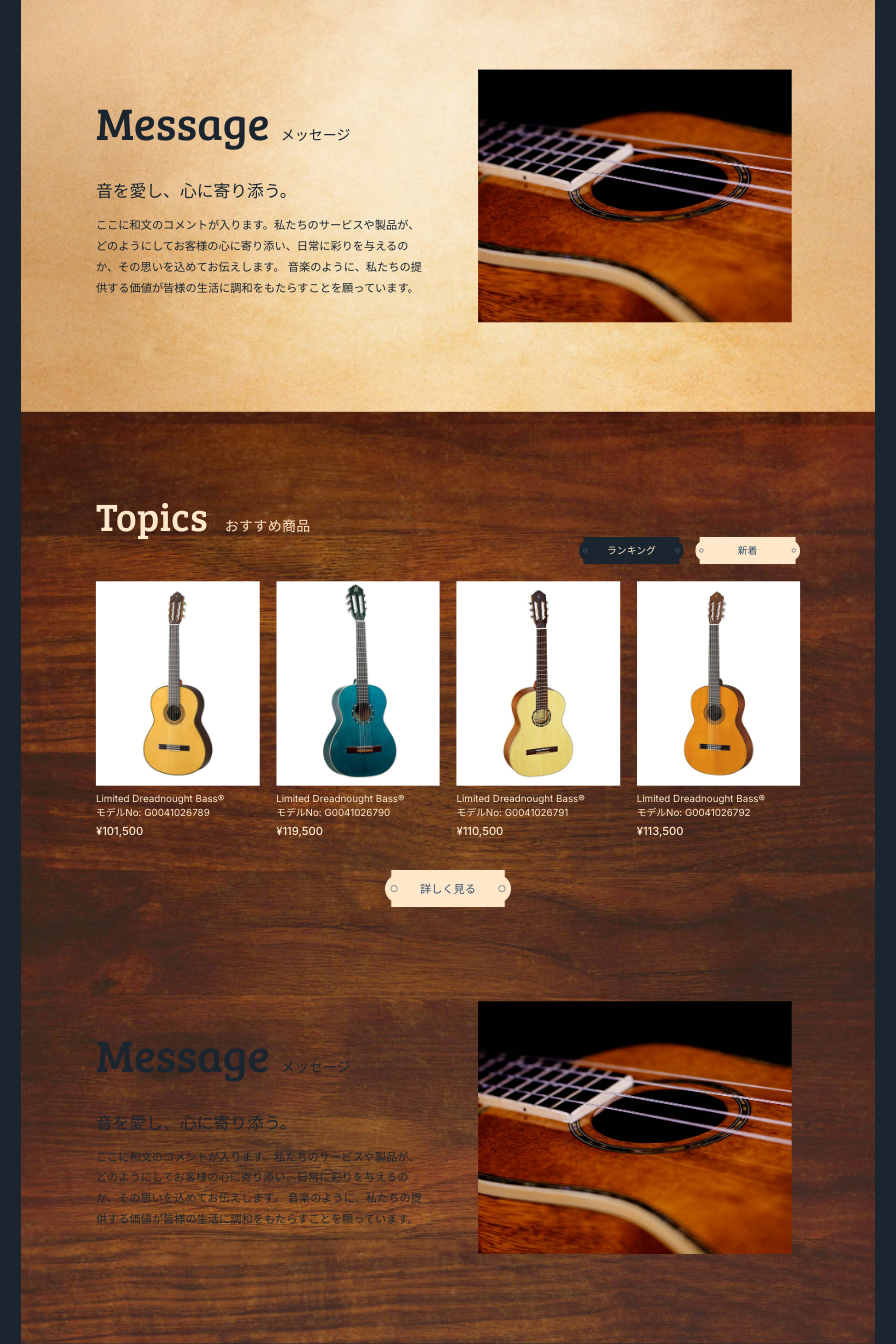
Repository: hyms035k/-----
Page: index.html
These files come from the project's save history. The page is drawn as it stood at one moment and after the next save; the edit follows.
The browser window is 1280 px wide. The pictures show the part of the page from y = 748 to 2668 px (the page is 2668 px tall before and 2628 px after), at 70% of full size.
Some web fonts or font styles are not loaded; a fallback is used. Some web libraries are served in a nearby version. The style sheet was rebuilt from its Sass, Less or Tailwind sources for each picture, by a compiler version that may differ from the author's.

Above is the page before, as saved 2025-06-05 11:45:33.

### index.html
<!DOCTYPE html>
<html lang="ja">
<head>
    <meta charset="UTF-8">
    <meta name="viewport" content="width=device-width, initial-scale=1.0">
    <title>カワセ楽器（デモ）</title>

    <!-- Tailwind CSS CDN (開発版 - JITコンパイラ含む) -->
    <script src="https://cdn.tailwindcss.com"></script>
    <script>
        // Tailwind CSS の設定 (任意)
        // ここでテーマのカスタマイズなどが可能ですが、まずはデフォルトで進めます。
        // 例: tailwind.config = { theme: { extend: { colors: { 'custom-blue': '#243c5a' } } } }
    </script>
    <style type="text/tailwindcss">
        @layer components {
            .block-box {
                @apply py-10 md:py-20 xl:py-32;
            }
        }
        @layer utilities {
            @screen md {
                .leading-relaxed {
                    line-height: 1.84;
                }
            }
        }
        @screen md {
            .container {
                @apply max-w-[650px]; /* 768px以上でコンテナのmax-widthは650px */
            }
        }
        @screen lg {
            .container {
                @apply max-w-[870px]; /* 992px以上でコンテナのmax-widthは870px */
            }
        }
        @screen xl {
            .container {
                @apply max-w-[1070px]; /* 1200px以上でコンテナのmax-widthは1070px */
            }
        }
        @screen 2xl {
            .container {
                @apply max-w-[1170px]; /* 1367px以上でコンテナのmax-widthは1170px */
            }
        }
    </style>
    <script>
        // InterフォントをTailwind CSSのデフォルトフォントとして設定
        tailwind.config = {
            theme: {
                // カスタムブレークポイントの定義
                screens: {
                    'sm': '640px',   // Tailwind CSSのデフォルト 'sm'
                    'md': '768px',   // ユーザー指定のBP
                    'lg': '992px',   // ユーザー指定のBP
                    'xl': '1200px',  // ユーザー指定のBP
                    '2xl': '1367px', // ユーザー指定のBP
                },
                // .container クラスのカスタマイズ
                container: {
                    center: true, // コンテナを中央揃えにする
                    padding: {
                        DEFAULT: '1.75rem',
                        md: '1.5rem',
                        lg: '2rem',
                    },
                    screens: {
                        sm: '640px',
                        md: '650px',
                        lg: '870px',
                        xl: '1070px',
                        '2xl': '1170px',
                    },
                },
                extend: {
                    fontFamily: {
                        // デフォルトのサンセリフフォントを Kiwi Maru に設定
                        sans: ['Kiwi Maru', 'Inter', 'sans-serif'],
                        // 見出し等で使用するセリフフォントとして Bree Serif を設定
                        serif: ['Bree Serif', 'serif'],
                    },
                }
            }
        }
    </script>

    <!-- GoogleFonts -->
    <link rel="preconnect" href="https://fonts.googleapis.com">
    <link rel="preconnect" href="https://fonts.gstatic.com" crossorigin>
    <link href="https://fonts.googleapis.com/css2?family=Kiwi+Maru:wght@400;500;600&display=swap" rel="stylesheet">
    <link href="https://fonts.googleapis.com/css2?family=Bree+Serif&display=swap" rel="stylesheet">

    <!-- Interフォントの読み込み (Tailwind CSSのデフォルトフォントファミリーと相性が良い) -->
    <link href="https://fonts.googleapis.com/css2?family=Inter:wght@400;500;600;700&display=swap" rel="stylesheet">

    <link href="./css/style.min.css" rel="stylesheet">
</head>
<body class="font-sans antialiased text-[#1a2530] bg-[#1a2530]">

    <!-- ヒーローセクション -->
    <section id="hero-section" class="h-screen flex flex-col items-center justify-center bg-cover bg-center text-white" aria-labelledby="hero-heading">
        <div class="container h-full flex flex-col items-center justify-center">
            <!-- ロゴのプレースホルダー -->
            <h1 class="hero-logo w-[80%] md:w-[46.1538461%] mx-auto"><img src="./img/top__hero_logo-min.png" alt=""></h1>
            <h2 id="hero-heading" class="text-2xl xl:text-[33px] text-center text-[#ffe1be] leading-[1.4] mt-6">
                あらゆる場面に対処できる<br>長年の経験と技術
            </h2>
        </div>
    </section>

    <main class="px-2 md:px-[30px]">
        <section id="block-1st" class="bg-cover bg-center">
            <div class="container block-box">
                <div class="lg:grid lg:grid-cols-2 lg:gap-[60px] items-center">
                    <div class="flex flex-col">
                        <div class="md:flex md:items-baseline md:gap-x-4 text-center md:text-left">
                            <p class="font-serif text-4xl lg:text-[65px] leading-tight">Message</p>
                            <h2 class="font-sans lg:text-[20px] mt-1">メッセージ</h2>
                        </div>
                        <div class="lg:hidden my-5">
                            <img src="./img/top__block1st_image.jpg" alt="メッセージのイメージ (スマホ)" class="w-full h-auto object-cover">
                        </div>
                        <div class="lg:mt-10">
                            <h3 class="font-sans text-[1.3rem] lg:text-[24px] font-medium">音を愛し、心に寄り添う。</h3>
                            <p class="font-sans text-base mt-4 leading-relaxed">
                                ここに和文のコメントが入ります。私たちのサービスや製品が、どのようにしてお客様の心に寄り添い、日常に彩りを与えるのか、その思いを込めてお伝えします。
                                音楽のように、私たちの提供する価値が皆様の生活に調和をもたらすことを願っています。
                            </p>
                        </div>
                    </div>
                    <div class="hidden lg:flex items-center justify-center">
                        <img src="./img/top__block1st_image.jpg" alt="メッセージのイメージ (PC)" class="w-full max-w-md h-auto object-cover">
                    </div>
                </div>
            </div>
        </section>
        <section id="block-2nd" class="bg-cover bg-top">
            <div class="container block-box pt-0">
                <div id="topics" class="block-box pb-0 text-[#ffe8c9]">
                    <div class="max-w-6xl mx-auto">
                        <!-- セクションタイトル -->
                        <div class="tracking-wide md:flex md:items-baseline md:gap-x-4 text-center md:text-left">
                            <p class="text-4xl lg:text-[56px] font-serif">Topics</p>
                            <h2 class="lg:text-[20px] ml-2 mt-1 md:mt-0 font-sans">おすすめ商品</h2>
                        </div>

                        <!-- タブ切り替え -->
                        <div class="quick-tab flex justify-end gap-2 lg:gap-4 text-sm">
                            <div class="btn text-sans text-center active"><span><span>ランキング</span></span></div>
                            <div class="btn text-sans text-center"><span><span>新着</span></span></div>
                        </div>

                        <!-- 商品カードリスト -->
                        <div class="grid grid-cols-2 md:grid-cols-4 gap-6 mt-6 mb-11">
                            <!-- 商品カード（繰り返し） -->
                            <div class="text-left">
                                <img src="./img/top__block2nd_topics_guiter_1.jpg" alt="Limited Dreadnought Bass" class="mx-auto mb-2">
                                <p class="text-xs sm:text-sm">
                                    Limited Dreadnought Bass®<br>
                                    モデルNo: G0041026789
                                </p>
                                <p class="mt-1 font-medium">¥101,500</p>
                            </div>
                            <!-- 以下、繰り返し -->
                            <div class="text-left">
                                <img src="./img/top__block2nd_topics_guiter_2.jpg" alt="Limited Dreadnought Bass" class="mx-auto mb-2">
                                <p class="text-xs sm:text-sm">
                                    Limited Dreadnought Bass®<br>
                                    モデルNo: G0041026790
                                </p>
                                <p class="mt-1 font-medium">¥119,500</p>
                            </div>
                            <div class="text-left">
                                <img src="./img/top__block2nd_topics_guiter_3.jpg" alt="Limited Dreadnought Bass" class="mx-auto mb-2">
                                <p class="text-xs sm:text-sm">
                                    Limited Dreadnought Bass®<br>
                                    モデルNo: G0041026791
                                </p>
                                <p class="mt-1 font-medium">¥110,500</p>
                            </div>
                            <div class="text-left">
                                <img src="./img/top__block2nd_topics_guiter_4.jpg" alt="Limited Dreadnought Bass" class="mx-auto mb-2">
                                <p class="text-xs sm:text-sm">
                                    Limited Dreadnought Bass®<br>
                                    モデルNo: G0041026792
                                </p>
                                <p class="mt-1 font-medium">¥113,500</p>
                            </div>
                        </div>
                        <!-- 詳しく見るボタン -->
                        <div class="text-center">
                            <a href="#" class="inline-block btn text-sans text-center"><span><span>詳しく見る</span></span></a>
                        </div>
                    </div>
                </div>

                <div class="lg:grid lg:grid-cols-2 lg:gap-[60px] items-center pt-10 md:pt-20 xl:pt-[8rem]">
                    <div class="flex flex-col">
                        <div class="md:flex md:items-baseline md:gap-x-4">
                            <h2 class="font-serif text-4xl lg:text-[65px] leading-tight">Message</h2>
                            <p class="font-sans lg:text-[20px] mt-1">メッセージ</p>
                        </div>
                        <div class="lg:hidden my-5">
                            <img src="./img/top__block1st_image.jpg" alt="メッセージのイメージ (スマホ)" class="w-full h-auto object-cover">
                        </div>
                        <div class="lg:mt-10">
                            <h3 class="font-sans text-[1.3rem] lg:text-[24px] font-medium">音を愛し、心に寄り添う。</h3>
                            <p class="font-sans text-base mt-4 leading-relaxed">
                                ここに和文のコメントが入ります。私たちのサービスや製品が、どのようにしてお客様の心に寄り添い、日常に彩りを与えるのか、その思いを込めてお伝えします。
                                音楽のように、私たちの提供する価値が皆様の生活に調和をもたらすことを願っています。
                            </p>
                        </div>
                    </div>
                    <div class="hidden lg:flex items-center justify-center">
                        <img src="./img/top__block1st_image.jpg" alt="メッセージのイメージ (PC)" class="w-full max-w-md h-auto object-cover">
                    </div>
                </div>
            </div>
        </section>
    </main>

</body>
</html>

### scss/style.scss
@charset "UTF-8";
@use "msg-config" as conf;

.remove {
	position: relative;
	overflow: hidden;
	display: block;
	width: 100%;
	height: 0;
	font-size: 0.5em;
	text-align: left;
	text-indent: -9999px;
	background-position: center;
	background-repeat: no-repeat;
	background-size: cover;
}

.btn {
	position: relative;
	overflow: hidden;
	color: conf.$navy;
	text-decoration: none !important;
	mask: url(../img/btn_mask-min.png) center left no-repeat;
	mask-size: auto 100%;
	cursor: pointer;
	> span {
		position: relative;
		overflow: hidden;
		display: block;
		background-color: conf.$light;
		mask: url(../img/btn_mask-min.png) center right no-repeat;
		mask-size: auto 100%;
		&:before {
			position: absolute;
			top: 0;
			left: 0;
			bottom: 0;
			display: block;
			width: 0;
			background-color: conf.$base;
			transition: 0.3s;
			content: "";
		}
		> span {
			position: relative;
			display: block;
			padding-top: 15px;
			padding-bottom: 15px;
			&:before, &:after {
				position: absolute;
				top: 50%;
				display: block;
				width: 10px;
				height: 10px;
				border: solid 1px conf.$navy-light;
				border-radius: 50%;
				transform: translateY(-50%);
				content: "";
			}
			&:before {
				left: 8px;
			}
			&:after {
				right: 8px;
			}
		}
	}
	&:hover, &:focus {
		color: conf.$light;
		> span {
			&:before {
				width: 100%;
			}
		}
	}
	&.inline-block {
		> span {
			> span {
				padding-left: 50px;
				padding-right: 50px;
			}
		}
	}
}

#hero {
	&-section {
		@include conf.mq(768) {
			background-image: url(../img/top__hero_bg.jpg);
		}
		@include conf.mq(0,768) {
			background-image: url(../img/top__hero_bg_sp.jpg);
		}
	}
}

#block {
	&-1st {
		background-image: url(../img/top__block1st_bg.jpg);
	}
	&-2nd {
		background-image: url(../img/top__block2nd_bg.jpg);
		.quick-tab {
			> .btn {
				@include conf.mq(768) {
					min-width: 150px;
				}
				@include conf.mq(0,768) {
					width: calc((100% - 0.5rem) * 0.5);
					max-width: 150px;
				}
				> span {
					> span {
						padding-top: 10px;
						padding-bottom: 10px;
						&:before, &:after {
							width: 6px;
							height: 6px;
						}
						&:before {
							left: 6px;
						}
						&:after {
							right: 6px;
						}
					}
				}
				&.active {
					color: conf.$light !important;
					> span {
						background-color: conf.$base !important;
					}
				}
			}
		}
	}
}

### scss/_msg-config.scss
@charset "UTF-8";

$base: #1a2530;
$light: #ffe8c9;

$navy: #34506d;
$navy-light: #4d667f;

$accent: #004097;
$bright-accent: #ccd9ea;
$hardright-accent: #eaedf0;
$lavender: #e2e7fe;
$blue: #5f7efb;
$green: #1CA038;
$deep-blue: #3268ED;
$lime: #aacc03;
$dark-gray: #4d4d4d;

@mixin mq($min:0, $max:0, $mode:'screen') {
	$bp_min: '';
	$bp_max: '';
	@if $min > 0 {
		$bp_min: ' and (min-width:#{$min}px)';
	}
	@if $max > 0 {
		$bp_max: ' and (max-width:#{$max - 1}px)';
	}

	@media #{$mode}#{$bp_min}#{$bp_max} {
		@content;
	}
}

@mixin center($y:1, $x:0){
	@if $y > 0 {
		top: 50%;
	}
	@if $x > 0 {
		left: 50%;
	}
	@if $y > 0 or $x > 0 {
		@if $y == 0 or $x == 0 {
			@if $y > 0 {
				transform: translateY(-50%);
			}
			@else {
				transform: translateX(-50%);
			}
		}
		@else {
			transform: translate(-50%,-50%);
		}
	}
}

@mixin full($fixed:0){
	@if $fixed > 0 {
		@if $fixed > 1 {
			position: relative;
		}
		@else{
			position: fixed;
		}
	}
	@else{
		position: absolute;
	}

	top: 0;
	left: 0;
	right: 0;
	bottom: 0;
	display: block;
	width: 100%;
	height: 100%;
}

After the next save:
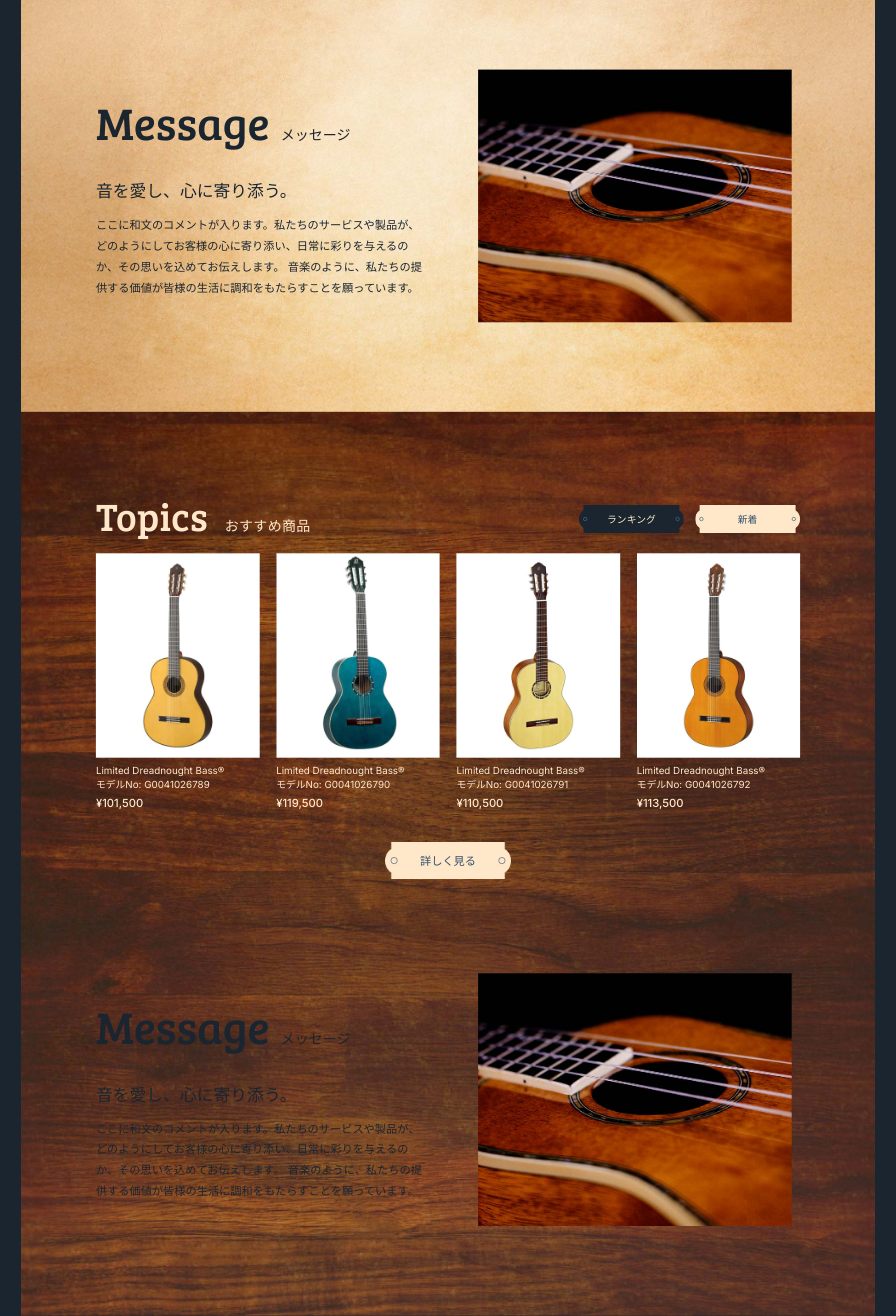
Saved 7 min 28 s later.
--- a/index.html
+++ b/index.html
@@ -140,16 +140,15 @@
             <div class="container block-box pt-0">
                 <div id="topics" class="block-box pb-0 text-[#ffe8c9]">
                     <div class="max-w-6xl mx-auto">
-                        <!-- セクションタイトル -->
-                        <div class="tracking-wide md:flex md:items-baseline md:gap-x-4 text-center md:text-left">
-                            <p class="text-4xl lg:text-[56px] font-serif">Topics</p>
-                            <h2 class="lg:text-[20px] ml-2 mt-1 md:mt-0 font-sans">おすすめ商品</h2>
-                        </div>
-
-                        <!-- タブ切り替え -->
-                        <div class="quick-tab flex justify-end gap-2 lg:gap-4 text-sm">
-                            <div class="btn text-sans text-center active"><span><span>ランキング</span></span></div>
-                            <div class="btn text-sans text-center"><span><span>新着</span></span></div>
+                        <div class="md:flex md:items-center md:justify-between">
+                            <div class="tracking-wide md:flex md:items-baseline md:gap-x-4 text-center md:text-left">
+                                <p class="text-4xl lg:text-[56px] font-serif">Topics</p>
+                                <h2 class="lg:text-[20px] ml-2 mt-1 md:mt-0 font-sans">おすすめ商品</h2>
+                            </div>
+                            <div class="quick-tab flex justify-center md:justify-end gap-2 lg:gap-4 text-sm mt-4 md:mt-0">
+                                <div class="btn text-sans text-center active"><span><span>ランキング</span></span></div>
+                                <div class="btn text-sans text-center"><span><span>新着</span></span></div>
+                            </div>
                         </div>
 
                         <!-- 商品カードリスト -->
